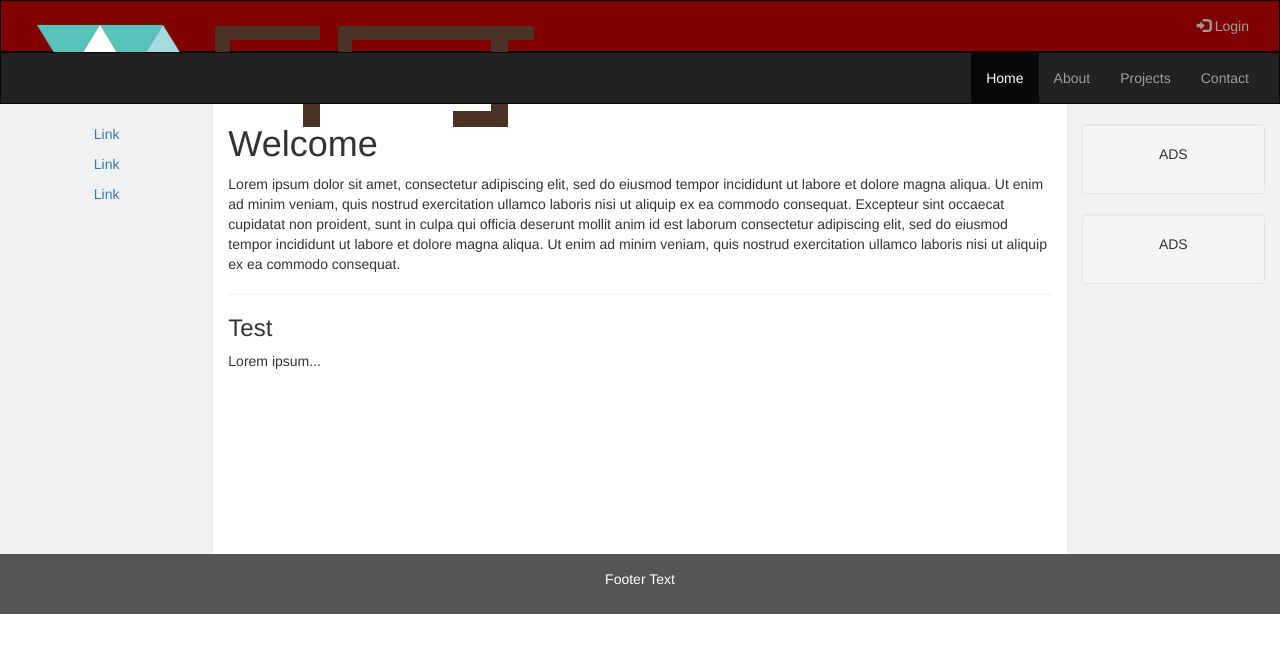
Repository: jeje0130/html
Page: http://localhost/board/webpage/main.jsp
An editor plug-in stored every save of this project. The page is shown before and after the next save, followed by the edit.
The browser window is 1280 px wide. The pictures show the whole page.
The page is served by Tomcat 9.

Above is the page before, as saved 2021-02-23 03:03:02.

After the next save:
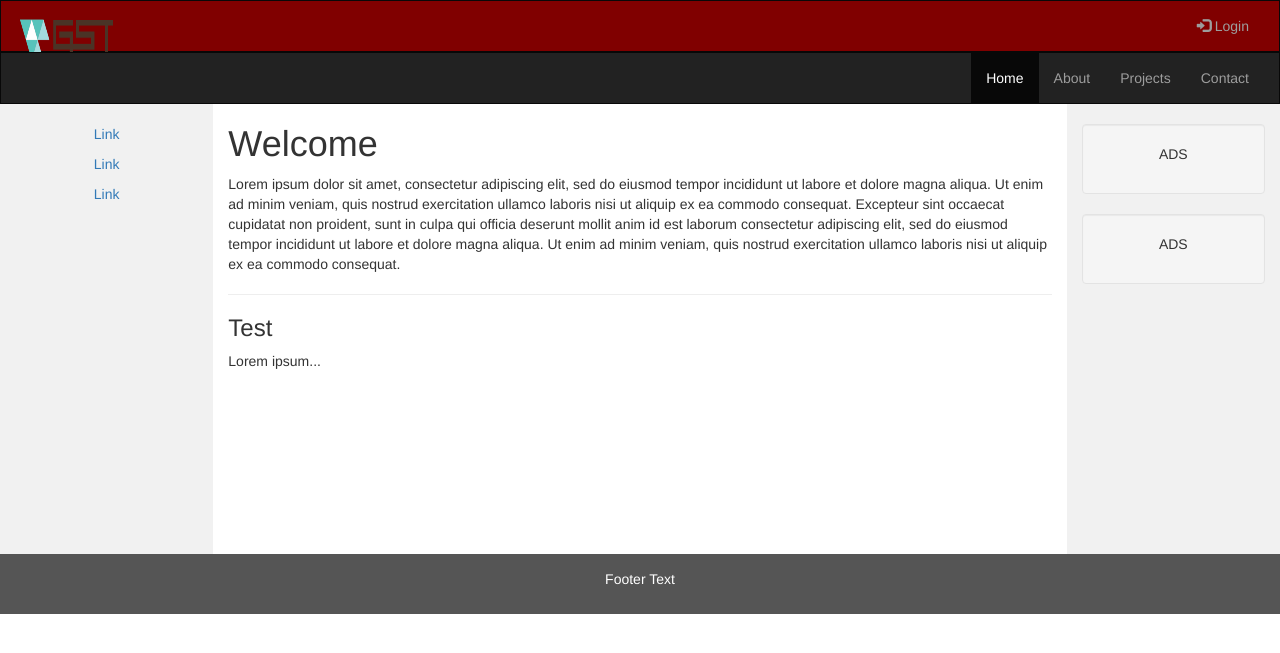
Saved 39 s later.
--- a/board/WebContent/webpage/main.jsp
+++ b/board/WebContent/webpage/main.jsp
@@ -44,6 +44,10 @@
     .log{
     	background: #800000;
     }
+    img{
+    	width: 100px;
+    	height: 50px;
+    }
   </style>
 </head>
 <body>

After the 2 saves that followed:
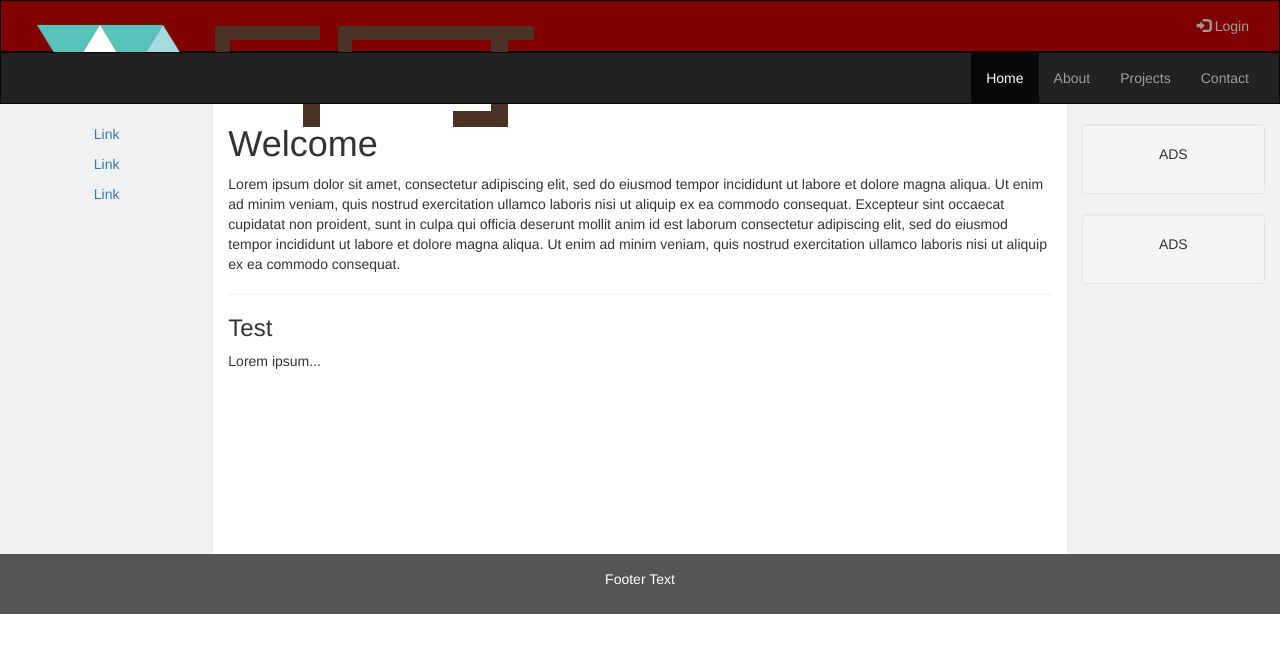
The 2 saves are shown as one change because 1 left the picture as it was.
The last was saved 49 s later.
--- a/board/WebContent/webpage/main.jsp
+++ b/board/WebContent/webpage/main.jsp
@@ -44,9 +44,9 @@
     .log{
     	background: #800000;
     }
-    img{
-    	width: 100px;
-    	height: 50px;
+    .ilogo{
+    	width: 80px;
+    	height: 40px;
     }
   </style>
 </head>
--- a/board/WebContent/webpage/header.jsp
+++ b/board/WebContent/webpage/header.jsp
@@ -6,7 +6,7 @@
         <span class="icon-bar"></span>
         <span class="icon-bar"></span>
       </button>
-      <a class="navbar-brand" href="#"><img src="../images/gsjLogo2.png"></a>
+      <a class="navbar-brand" href="#"><img id="ilogo" src="../images/gsjLogo2.png"></a>
     </div>
     <div class="collapse navbar-collapse" id="myNavbar">
 
